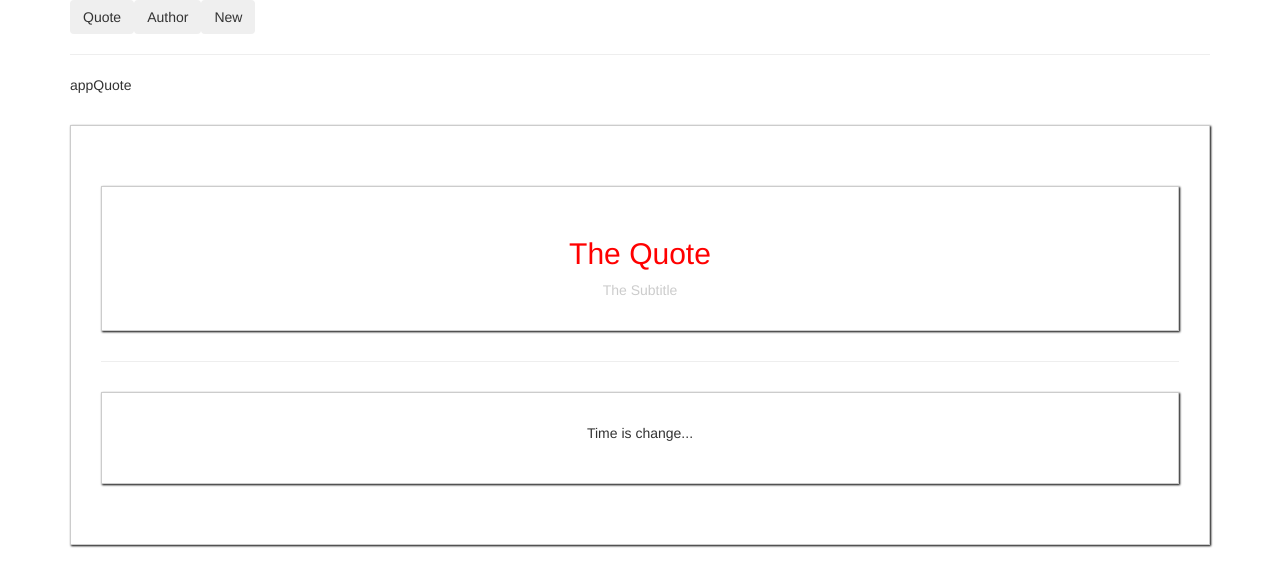
Repository: wojkos/Learn
Page: / (app in Vue/module9/)
These files come from the project's save history. The page is drawn as it stood at one moment and after the next save; the edit follows.
The browser window is 1280 px wide. The pictures show the whole page.
The project was rebuilt for these pictures with package versions that can differ from the ones it lists, and the page was loaded fresh each time. Also part of the build but not shown: Vue/module9/webpack.config.js, Vue/module9/src/components/Author.vue, Vue/module9/src/components/New.vue.

Above is the page before, as saved 2018-05-07 22:52:46.

After the next save:
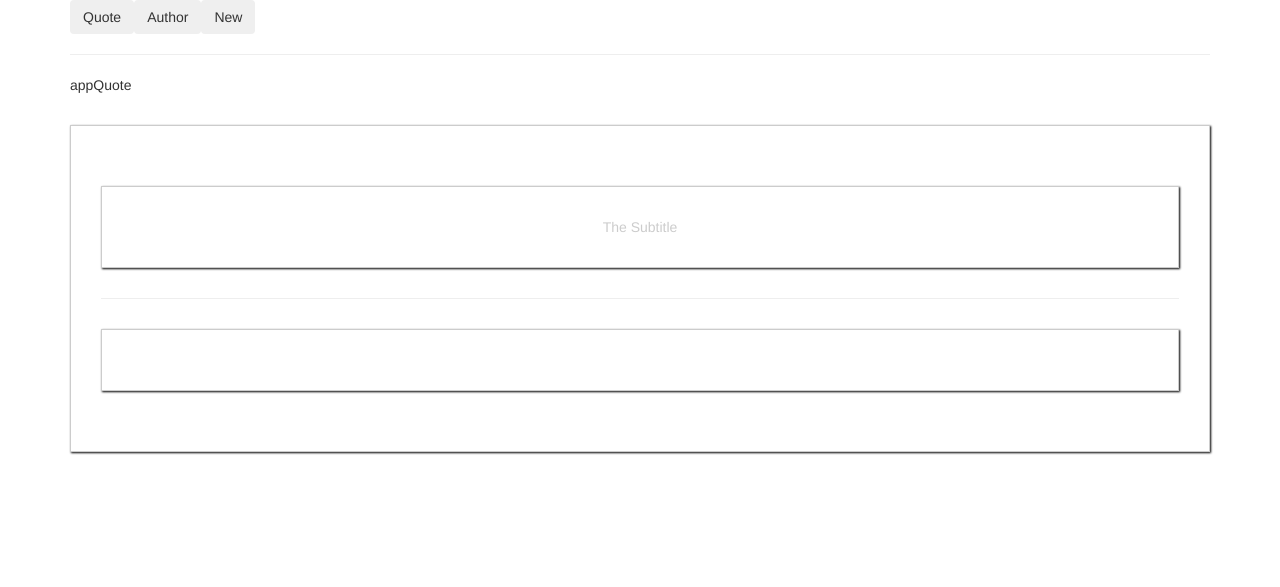
Saved 5 min 1 s later.
--- a/Vue/module9/src/App.vue
+++ b/Vue/module9/src/App.vue
@@ -7,10 +7,11 @@
                 <button class="btn" @click="selectComponent = 'appNew'">New</button>
                 <hr>
                 <p>{{ selectComponent }}</p>
-               <appQuote>
+                <component :is="selectComponent"></component>
+               <!-- <appQuote>
                     <h2 slot="title">{{ quoteTitle }}</h2>
                     <p>Time is change...</p>
-               </appQuote>
+               </appQuote> -->
             </div>
         </div>
     </div>
